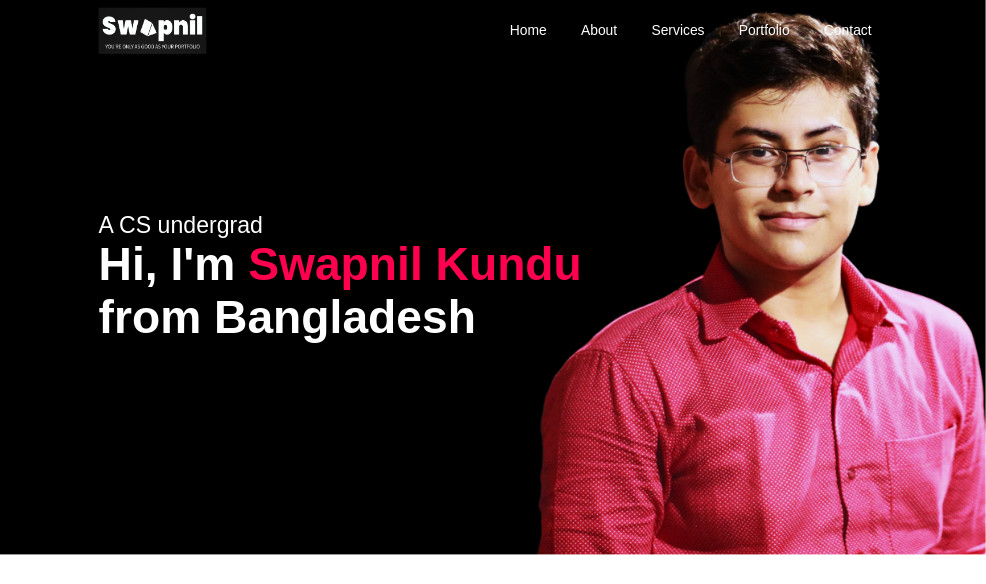
Repository: SwapnilKundu/portfolio
Page: index.html
An editor plug-in stored every save of this project. The page is shown before and after a run of saves, followed by the edit.
The browser window is 1280 px wide. The pictures show the whole page, at 77% of full size.

Above is the page before, as saved 2024-01-19 10:16:44.

### index.html
<!DOCTYPE html>
<html lang="en">
<head>
    <meta charset="UTF-8">
    <meta name="viewport" content="width=device-width, initial-scale=1.0">
    <title>Personal Portfolio Website</title>
    <link rel="stylesheet" href="style.css">
</head>
<body>
  <div id="header">
    <div class="container">
        <nav>
            <img src="images/logo1.png" class= "logo" width="40" height="60">
            <ul>
                <li><a href ="#">Home</a></li>
                <li><a href ="#">About</a></li>
                <li><a href ="#">Services</a></li>
                <li><a href ="#">Portfolio</a></li>
                <li><a href ="#">Contact</a></li>
            </ul>
        </nav>
        <div class="header-text">

            <p>A CS undergrad </p>
            <h1>Hi, I'm <span>Swapnil Kundu</span> <br> from Bangladesh</h1>
        </div>
    </div>


  </div>
  <div id ="about">
    <div class ="container">

        <div class ="row">
            <div class ="about-col-1">
                <img src=""
            </div>
            <div class ="about-col-2"></div>

        </div>
    </div>
  </div>
</body>
</html>

### style.css
*
{
    margin: 0;
    padding: 0;
    font-family: 'Poppins',sans-serif;
    box-sizing: border-box;
}

body
{
    background: #ffff;
    color: #fff;
}
#header
{
    width: 100%;
    height: 100vh;
    background-image: url(images/ccc2.png);
    background-size: cover;
    background-position: left;
    background-repeat: no-repeat;
    overflow: hidden;
}
.container
{
padding: 10px 10%;
}
nav{
    display: flex;
    align-items: center;
    justify-content: space-between;
    flex-wrap: wrap;
}
.logo{
    width: 140px;
}

nav ul li{
    display:inline-block;
    list-style: none;
    margin: 10px 20px;

}
nav ul li a{
    color: #fff;
    text-decoration:none ;
    font-size: 18px;
    position: relative;
}

nav ul li a::after
{
    content: '';
    width:0;
    height:3px;
    background:#ff004f;
    position: absolute;
    left: 0;
    bottom: -6px;
    transition: 0.5s;

}
nav ul li a:hover::after
{
    width:100%;
}
.header-text{
    margin-top: 20%;
    font-size: 30px;
}
.header-text h1
{
    font-size:60px;
}
.header-text h1 span
{
    color:#ff004f;
}

After the next 5 saves:
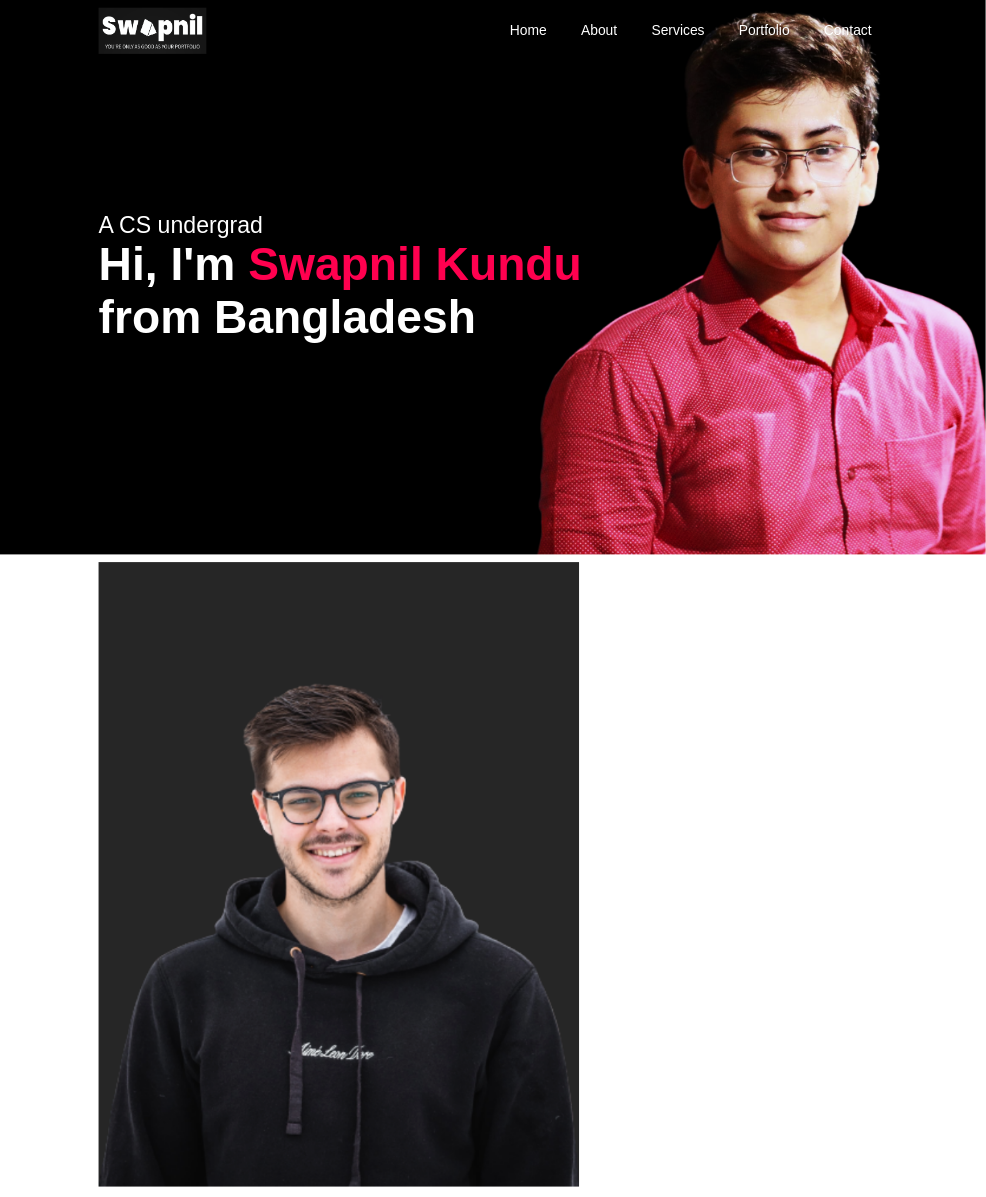
The 5 saves are shown as one change because they came seconds apart.
The last was saved 14 s later.
--- a/index.html
+++ b/index.html
@@ -33,7 +33,7 @@
 
         <div class ="row">
             <div class ="about-col-1">
-                <img src=""
+                <img src="images/user.png"
             </div>
             <div class ="about-col-2"></div>
 
